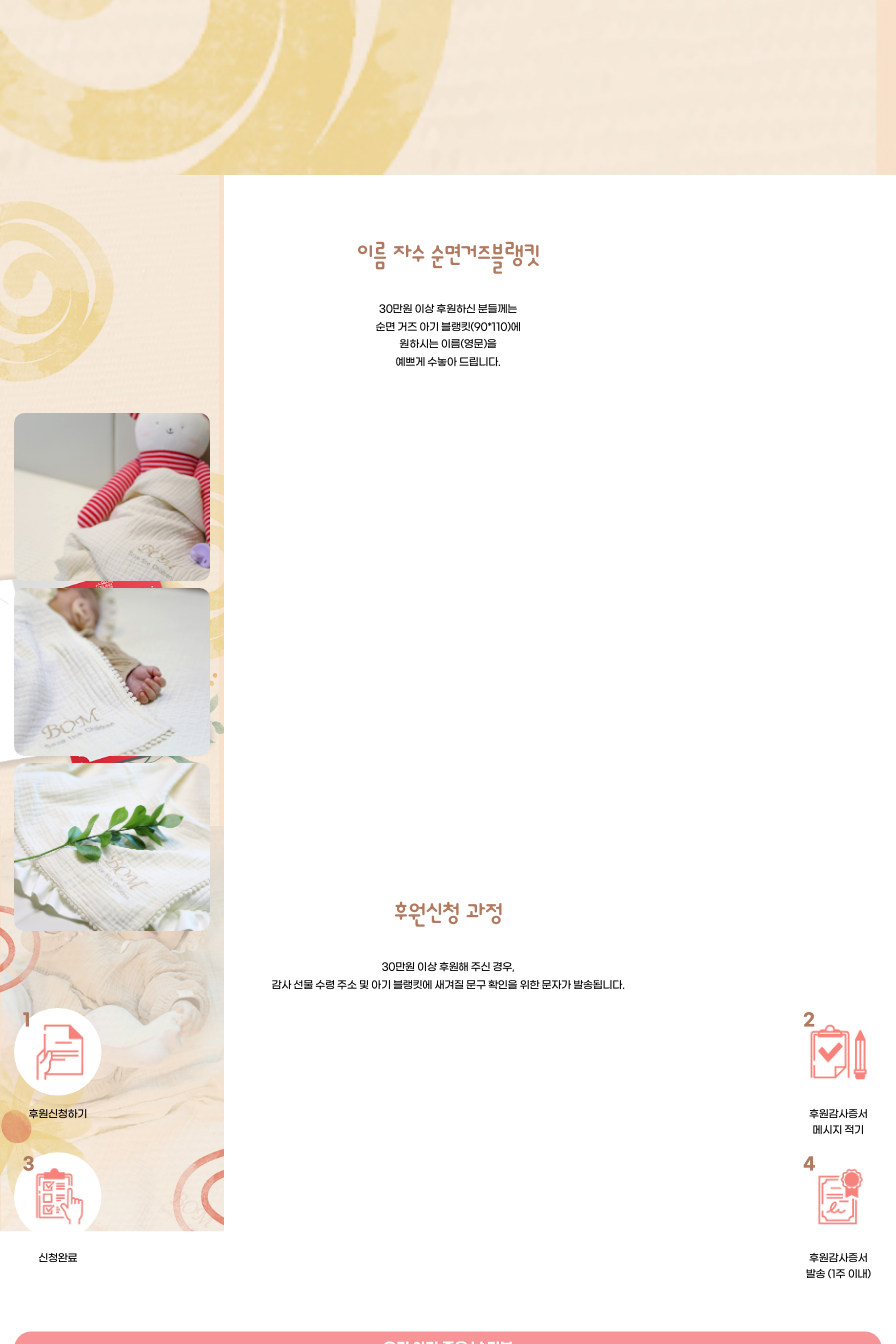
Repository: dlgywls1130/save_the_m320
Page: index.html
An editor plug-in stored every save of this project. The page is shown before and after the next save, followed by the edit.
The browser window is 1280 px wide. The pictures show the part of the page from y = 3190 to 5110 px (the page is 6870 px tall before and 7140 px after), at 70% of full size.

Above is the page before, as saved 2023-12-21 11:21:54.

After the next save:
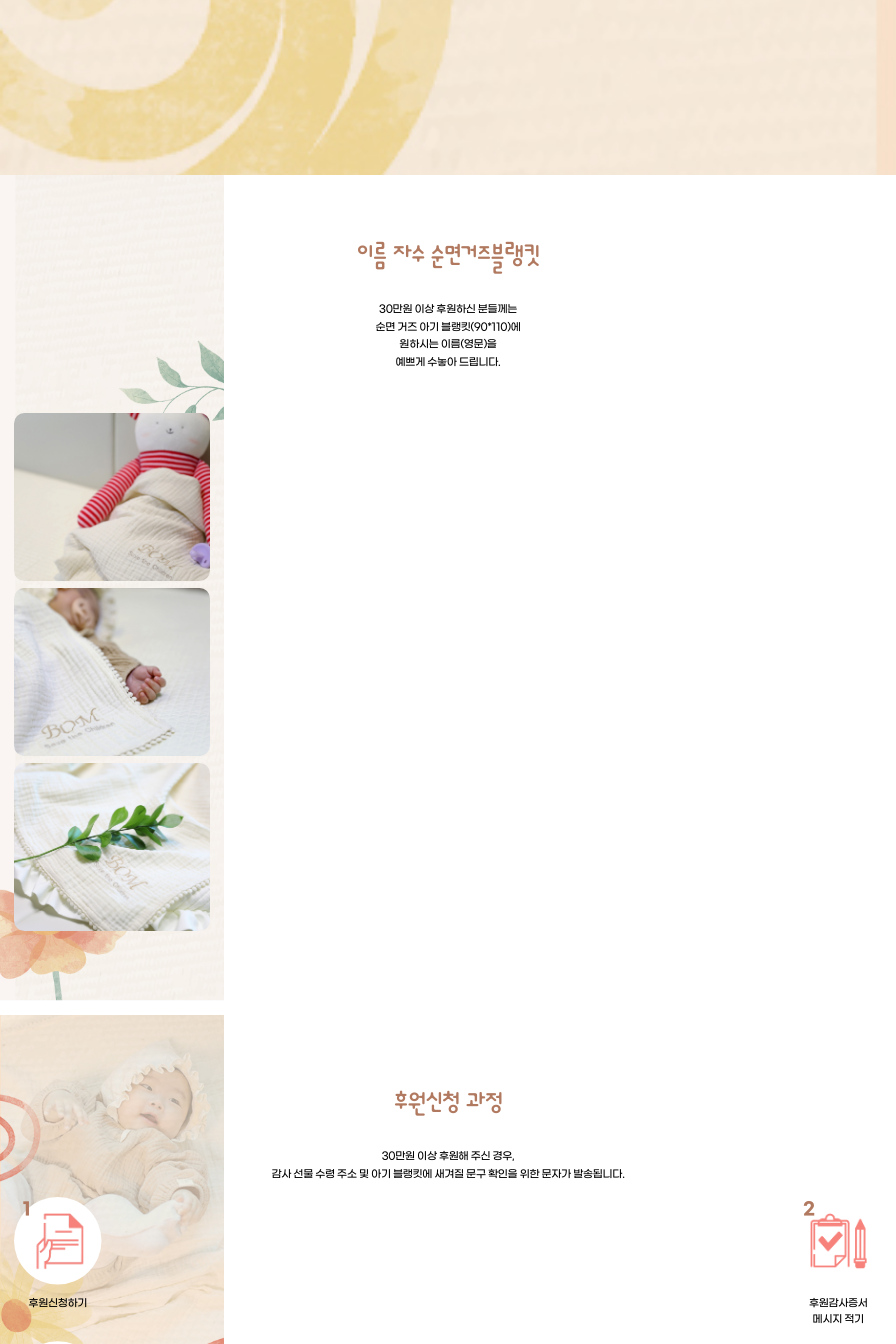
Saved 36 s later.
--- a/css/style.css
+++ b/css/style.css
@@ -383,8 +383,8 @@
 /* section04 */
 
 .section04{
-    height: 930px;
-    background: url('../img/back02.jpg') no-repeat;
+    height: 1200px;
+    background: url('../img/back03.jpg') no-repeat;
 }
 
 .se04{
